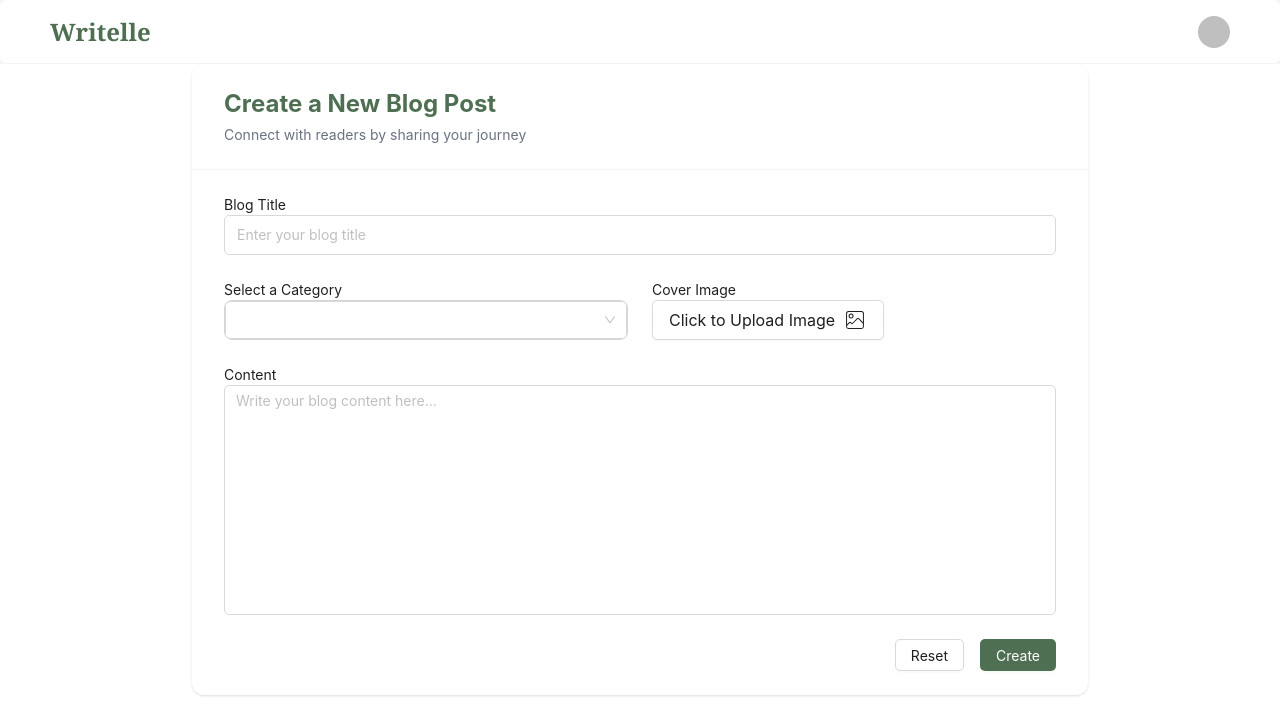
Repository: amich10/Blog_Frontend
Page: /blogs/create
The author's editor kept a copy of each file at every save. The page is drawn from the files as they stood at one save, then again after the next save.
The browser window is 1280 px wide. The pictures show the whole page.
The project was rebuilt for these pictures with package versions that can differ from the ones it lists, and the page was loaded fresh each time. Also part of the build but not shown: vite.config.ts, src/pages/category/admin.category.tsx, src/pages/users/admin.user.list.tsx, src/pages/users/admin.adduser.tsx, src/pages/users/admin.user.edit.tsx, src/pages/category/add.category.tsx, src/pages/category/edit.category.tsx, src/posts/posts.list.tsx and 6 more.

Above is the page before, as saved 2025-05-10 09:54:58.

After the next save:
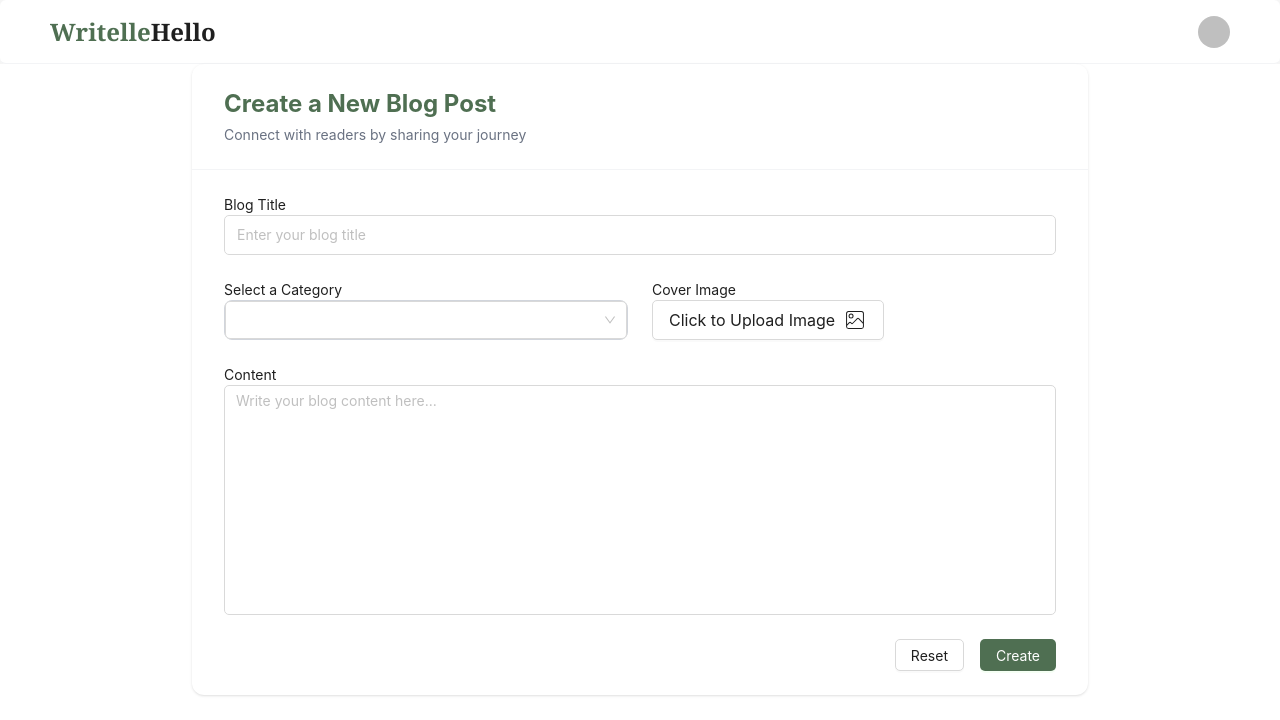
Saved 4 s later.
--- a/src/pages/user role/home page/user.header.tsx
+++ b/src/pages/user role/home page/user.header.tsx
@@ -35,7 +35,7 @@ const UserHeader = () => {
        <div className='flex items-center justify-between w-full'>
        <div className='flex justify-center items-center gap-5'>
        <div className="font-serif text-2xl font-bold"><NavLink to={'/blogs'} className="text-[#4f6f52]!">Writelle</NavLink>
-
+       <span>Hello</span>
        </div>
         </div>
         <div className='flex'>
